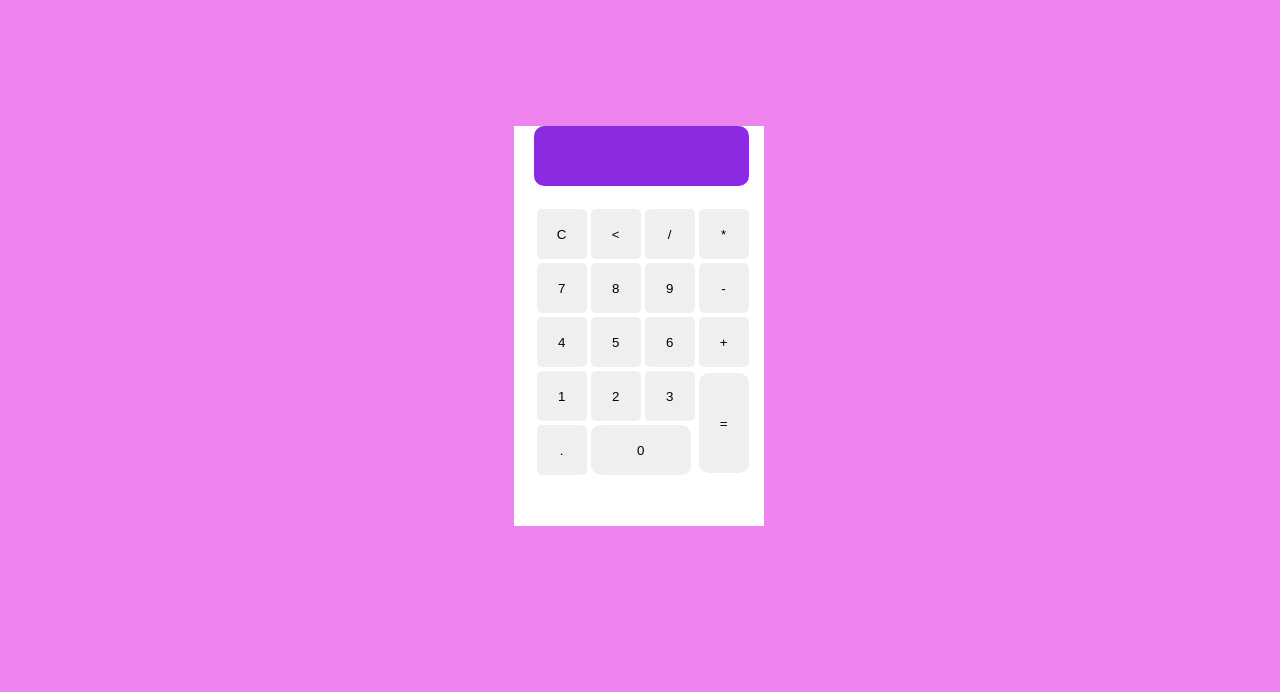
Repository: mariele-huff/calculadora
Page: index.html
The author's editor kept a copy of each file at every save. The page is drawn from the files as they stood at one save, then again after the next save.
The browser window is 1280 px wide. The pictures show the whole page.

Above is the page before, as saved 2022-08-14 10:31:15.

### index.html
<!DOCTYPE html>
<html lang="pt-br">

<head>
    <meta charset="UTF-8">
    <meta http-equiv="X-UA-Compatible" content="IE=edge">
    <meta name="viewport" content="width=device-width, initial-scale=1.0">
    <link rel="stylesheet" href="style.css">
    <script src="index.js">

    </script>
    <title>Calculadora</title>
</head>

<body>
    <div class="frase"></div>
    <div class="calculadora">
        <div id="resultado"></div>
        <table>
            <tr>
                <td><button class="botao" onclick="limpar()">C</button></td>
                <td><button class="botao" onclick="voltar()"> < </button>
                </td>
                <td><button class="botao" onclick="acrescenta('/')">/</button></td>
                <td><button class="botao" onclick="acrescenta('*')">*</button></td>
            </tr>
            <tr>
                <td><button class="botao" onclick="acrescenta('7')">7</button></td>
                <td><button class="botao" onclick="acrescenta('8')">8</button></td>
                <td><button class="botao" onclick="acrescenta('9')">9</button></td>
                <td><button class="botao" onclick="acrescenta('-')">-</button></td>
            </tr>
            <tr>
                <td><button class="botao" onclick="acrescenta('4')">4</button></td>
                <td><button class="botao" onclick="acrescenta('5')">5</button></td>
                <td><button class="botao" onclick="acrescenta('6')">6</button></td>
                <td><button class="botao" button onclick="acrescenta('+'), calcular()" >+</button>
                </td>
            </tr>
            <tr>
                <td><button class="botao" onclick="acrescenta('1')">1</button></td>
                <td><button class="botao" onclick="acrescenta('2')">2</button></td>
                <td><button class="botao" onclick="acrescenta('3')">3</button></td>
                <td rowspan="2"><button class="botao2" onclick="calcular()">=</button></td>
            </tr>
            <tr>

                <td> <button class="botao" onclick="acrescenta('.')">.</button></td>
                <td colspan="2"><button class="botao1" onclick="acrescenta('0')">0</button></td>
            </tr>
        </table>
    </div>

</body>

</html>

### style.css
body{
    background-color: violet;
}
.calculadora {
    margin-top: 10%;
    background-color: white;
    width: 250px;
    height: 400px;
    margin-left: 40%;
}

.botao {
    height: 50px;
    width: 50px;
    border-width: inherit;
    border-radius: 5px;

}
.botao:hover {
    border-width: thin;
    border-color: blueviolet;
}

.botao1:hover {
    border-color: blueviolet;
    border-width: thin;
}

.botao2:hover {
    border-color: blueviolet;
    border-width: thin;
}

.botao1 {
    height: 50px;
    width: 100px;
    border-radius: 10px;
    border-width: inherit;

}

.botao2 {
    height: 100px;
    width: 50px;
    border-radius: 10px;
    border-width: inherit;

}

#resultado {
    background-color: blueviolet;
    height: 60px;
    width: 215px;
    border-radius: 10px;
    border-width: inherit;
    border-color: blueviolet;
    color: white;
    font-size: 50px;
    margin-left: 20px;
}

table {
    margin-left: 20px;
    margin-top: 20px;
}

### index.js

let tela = document.querySelector('#resultado')


let acrescenta = (num) => {

    let numero = document.querySelector('#resultado').innerHTML
    document.querySelector('#resultado').innerHTML = numero + num


}

    // while (num = Number) {
    //     let n1 = numero + num
    // }

    // if (tela != 0) {

    //     let n1 = document.querySelector('#resultado')
    //     let numeros = []
    //     for (let index = 0; index < 10; index++) {
    //         if (n1 === Number) {
    //             numeros[index] = n1
    //         }
    //     }
    // }


let limpar = () => {
    let resultado = document.querySelector('#resultado')
    resultado.innerHTML = " "
}


let voltar = () => {
    let resultado = document.querySelector('#resultado').innerHTML
    document.querySelector('#resultado').innerHTML = resultado.substring(0, resultado.length - 1)

}

let calcular = (op) => {
    let operador = op
    let result = ''
    if (operador === '+') {
        result = numeros[0] + numeros[1]
    } else if (operador === '-') {
        result = numeros[0] - numeros[1]
    } else if (operador === '*') {
        result = numeros[0] * numeros[1]
    } else if (operador === '/') {
        result = numeros[0] / numeros[1]
    }
    document.querySelector('#resultado').innerHTML = result
}

After the next save:
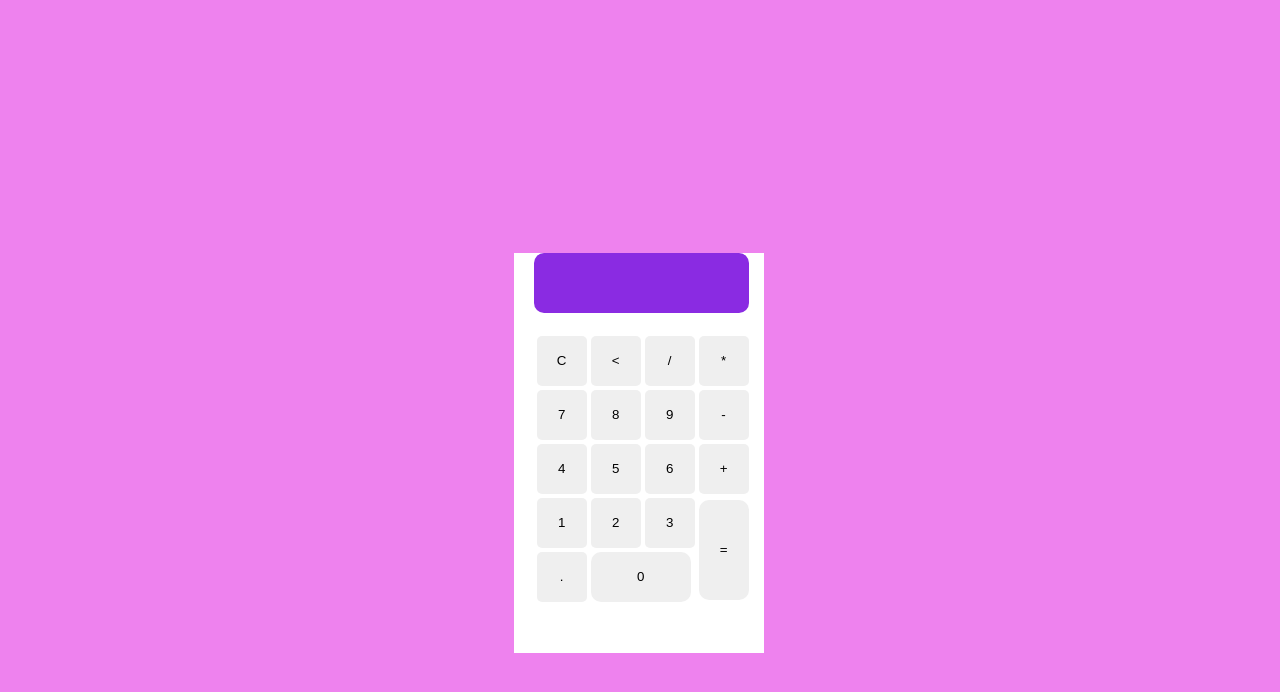
Saved 18 s later.
--- a/style.css
+++ b/style.css
@@ -2,7 +2,7 @@
     background-color: violet;
 }
 .calculadora {
-    margin-top: 10%;
+    margin-top: 20%;
     background-color: white;
     width: 250px;
     height: 400px;

After the save that followed:
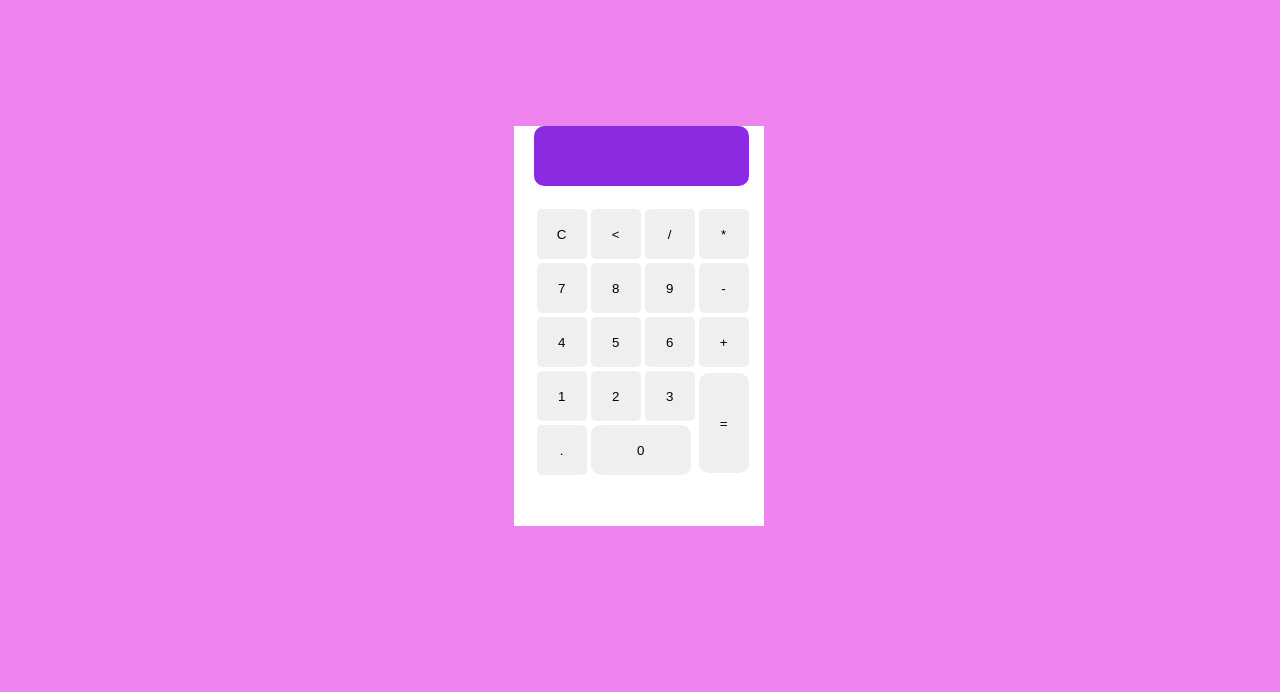
Saved 24 s later.
--- a/style.css
+++ b/style.css
@@ -2,7 +2,7 @@
     background-color: violet;
 }
 .calculadora {
-    margin-top: 20%;
+    margin-top: 10%;
     background-color: white;
     width: 250px;
     height: 400px;
